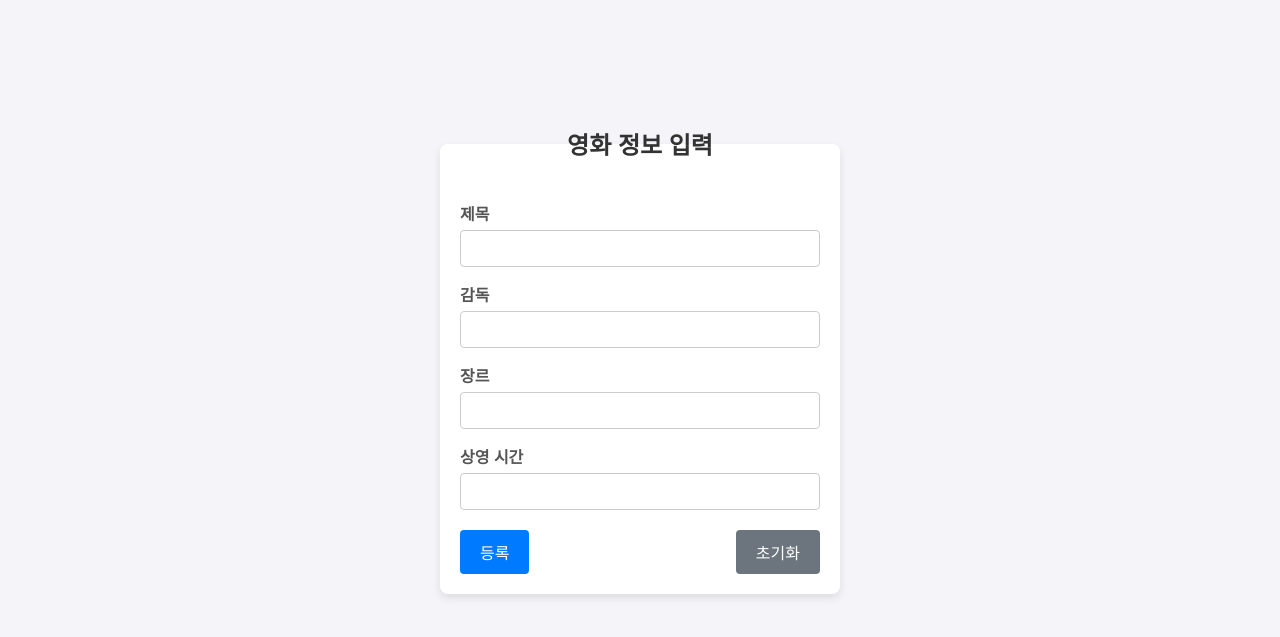
Repository: s00ngle/SSAFY-BE
Page: back_db_ws_01_2/src/main/webapp/regist.html
The author's editor kept a copy of each file at every save. The page is drawn from the files as they stood at one save, then again after the next save.
The browser window is 1280 px wide. The pictures show the whole page.

Above is the page before, as saved 2024-09-24 04:38:34.

### back_db_ws_01_2/src/main/webapp/regist.html
<!DOCTYPE html>
<html lang="ko">
<head>
    <meta charset="UTF-8">
    <meta name="viewport" content="width=device-width, initial-scale=1.0">
    <title>영화 정보 입력</title>
    <style>
        * {
            box-sizing: border-box;
            margin: 0;
            padding: 0;
            font-family: Arial, sans-serif;
        }
        body {
            background-color: #f4f4f9;
            display: flex;
            justify-content: center;
            align-items: center;
            height: 100vh;
        }
        fieldset {
            width: 400px;
            background-color: #fff;
            border: none;
            border-radius: 8px;
            box-shadow: 0 4px 8px rgba(0, 0, 0, 0.1);
            padding: 20px;
        }
        legend {
            font-size: 1.5em;
            font-weight: bold;
            color: #333;
            margin-bottom: 20px;
            text-align: center;
        }
        .input-group {
            margin-bottom: 15px;
        }
        .input-group label {
            display: block;
            margin-bottom: 5px;
            font-weight: bold;
            color: #555;
        }
        .input-group input {
            width: 100%;
            padding: 10px;
            border: 1px solid #ccc;
            border-radius: 4px;
            transition: border-color 0.3s ease;
        }
        .input-group input:focus {
            border-color: #007BFF;
            outline: none;
        }
        .button-group {
            display: flex;
            justify-content: space-between;
            margin-top: 20px;
        }
        .button-group button {
            padding: 10px 20px;
            border: none;
            border-radius: 4px;
            cursor: pointer;
            font-size: 1em;
            transition: background-color 0.3s ease;
        }
        .button-group button[type="submit"] {
            background-color: #007BFF;
            color: #fff;
        }
        .button-group button[type="submit"]:hover {
            background-color: #0056b3;
        }
        .button-group button[type="reset"] {
            background-color: #6c757d;
            color: #fff;
        }
        .button-group button[type="reset"]:hover {
            background-color: #5a6268;
        }
    </style>
</head>
<body>
    <form action="/main" method="post">
        <fieldset>
            <legend>영화 정보 입력</legend>

            <div class="input-group">
                <label for="title">제목</label>
                <input type="text" name="title" required />
            </div>

            <div class="input-group">
                <label for="director">감독</label>
                <input type="text" name="director" required />
            </div>

            <div class="input-group">
                <label for="genre">장르</label>
                <input type="text" name="genre" required />
            </div>

            <div class="input-group">
                <label for="running-time">상영 시간</label>
                <input type="text" name="running-time" required />
            </div>

            <input type="hidden" name="action" value="regist"/>

            <div class="button-group">
                <button type="submit">등록</button>
                <button type="reset">초기화</button>
            </div>
        </fieldset>
    </form>
</body>
</html>

After the next save:
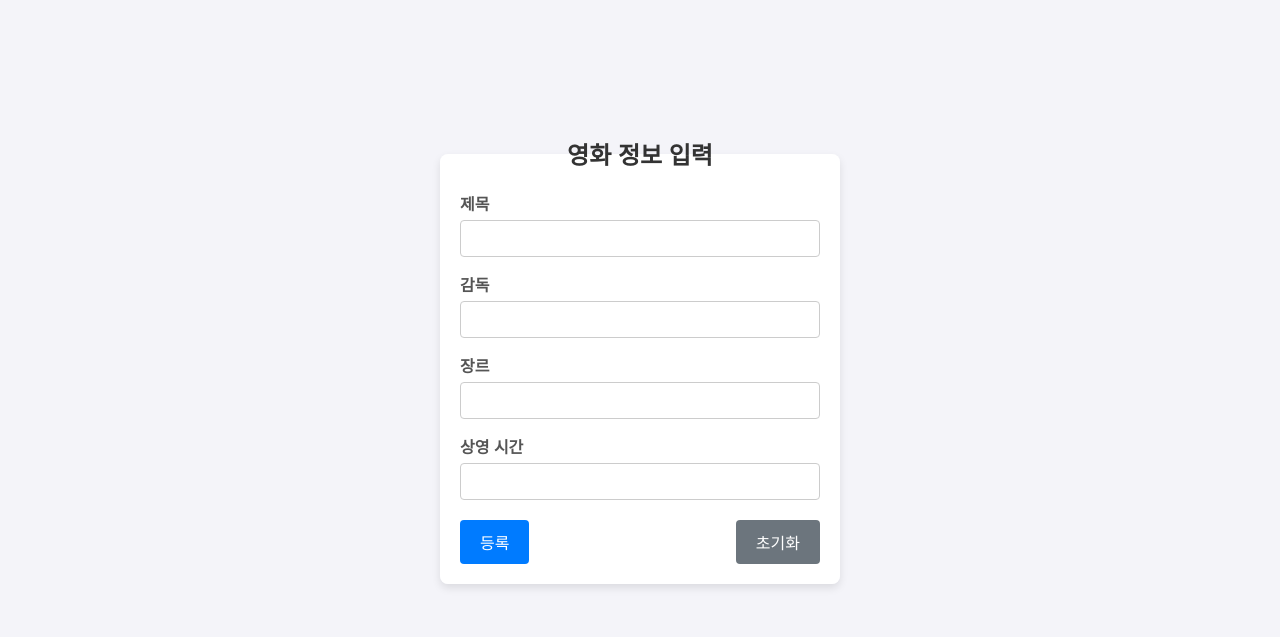
Saved 67 s later.
--- a/back_db_ws_01_2/src/main/webapp/regist.html
+++ b/back_db_ws_01_2/src/main/webapp/regist.html
@@ -30,7 +30,7 @@
             font-size: 1.5em;
             font-weight: bold;
             color: #333;
-            margin-bottom: 20px;
+
             text-align: center;
         }
         .input-group {

After the save that followed:
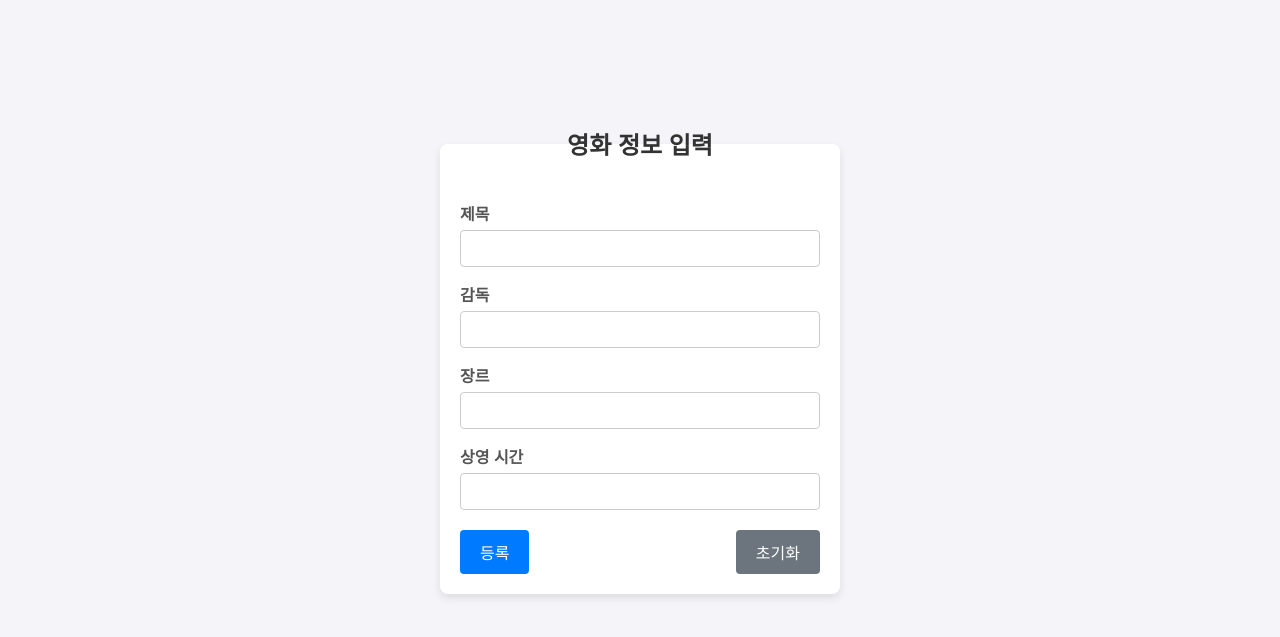
Saved 32 s later.
--- a/back_db_ws_01_2/src/main/webapp/regist.html
+++ b/back_db_ws_01_2/src/main/webapp/regist.html
@@ -30,7 +30,7 @@
             font-size: 1.5em;
             font-weight: bold;
             color: #333;
-
+            margin-bottom: 20px;
             text-align: center;
         }
         .input-group {
